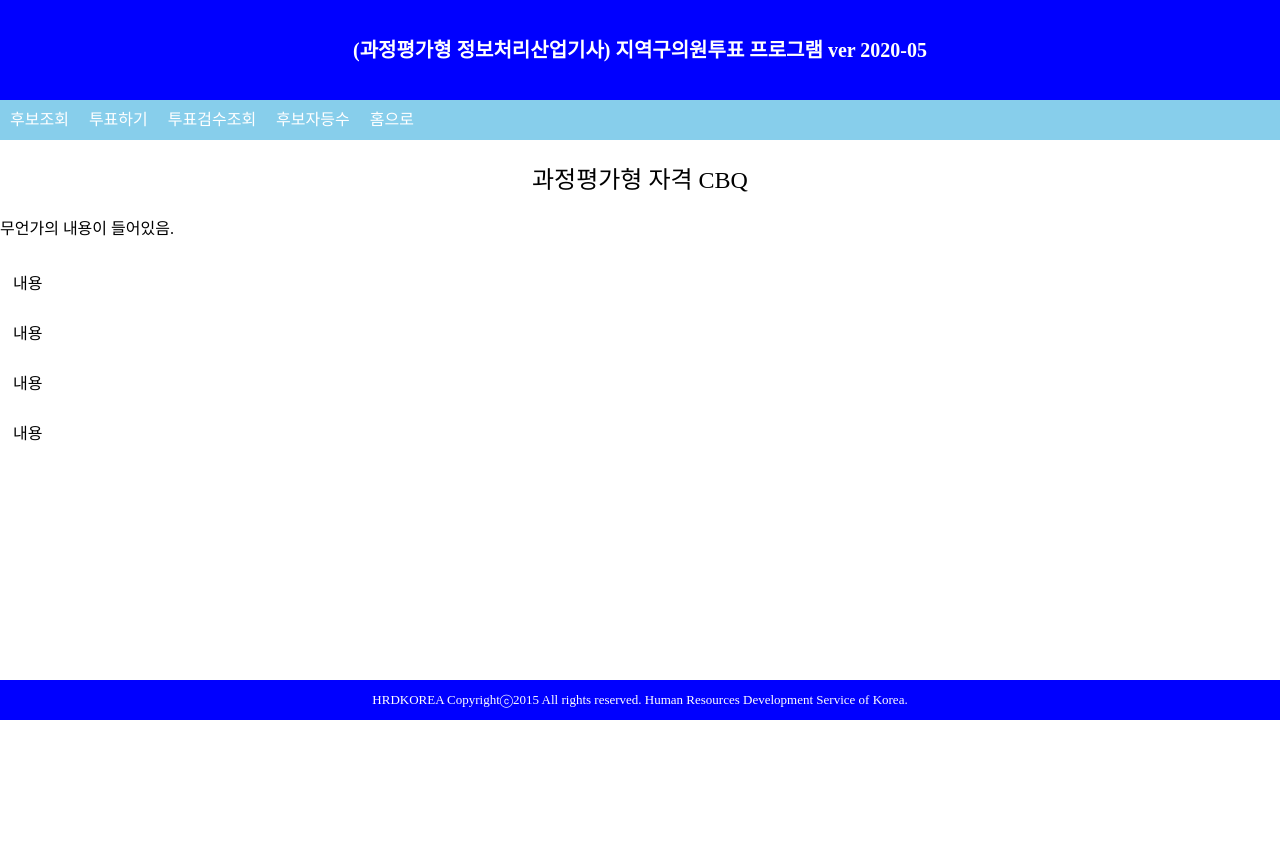
Repository: kayeunae/mvc-pattern
Page: http://localhost/VOTE_1234/
An editor plug-in stored every save of this project. The page is shown before and after the next save, followed by the edit.
The browser window is 1280 px wide. The pictures show the whole page.
The page is served by Tomcat 9.

Above is the page before, as saved 2022-12-21 05:27:56.

After the next save:
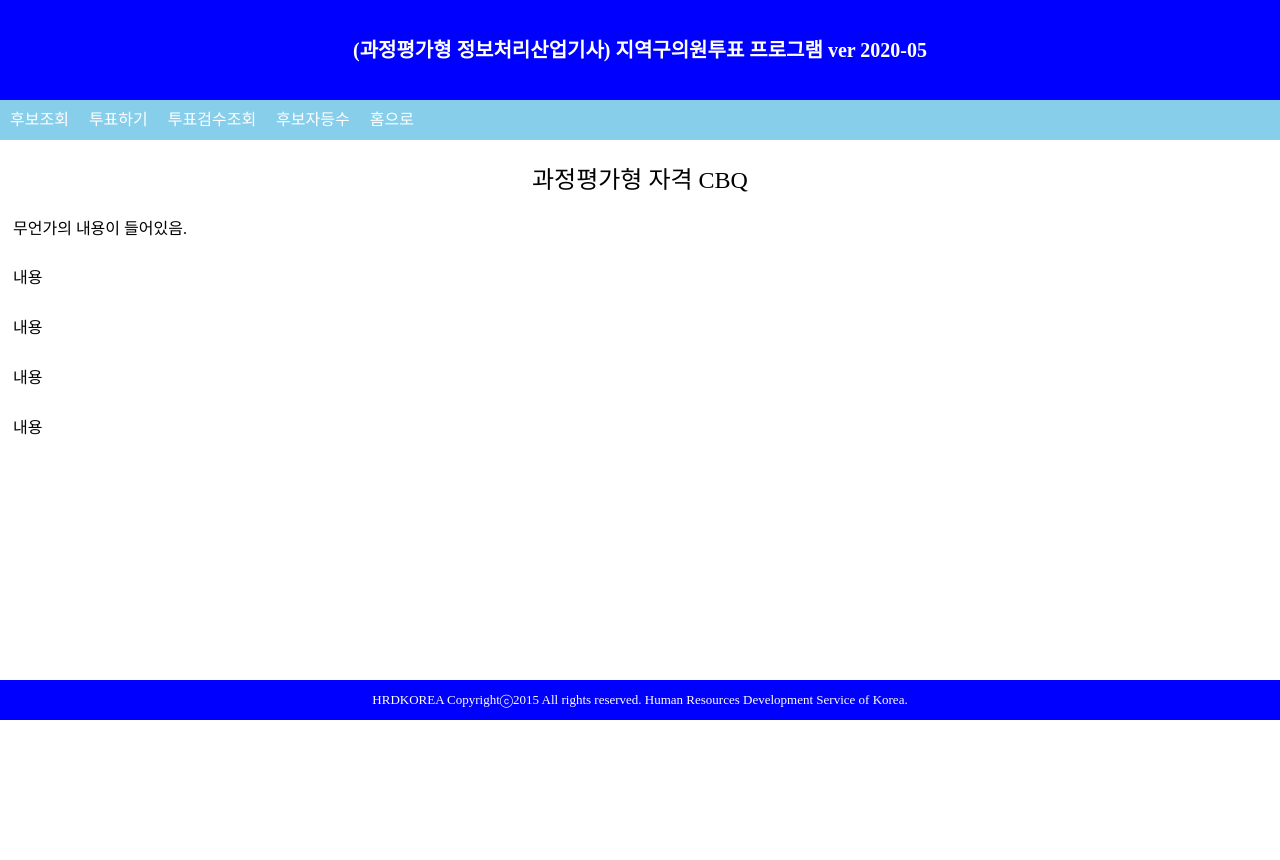
Saved 72 s later.
--- a/VOTE_1234/src/main/webapp/style.css
+++ b/VOTE_1234/src/main/webapp/style.css
@@ -54,7 +54,7 @@
 }
 
 span {
-	position: absoulute;
+	position: absolute;
 	left: 13px;
 }
 

After the save that followed:
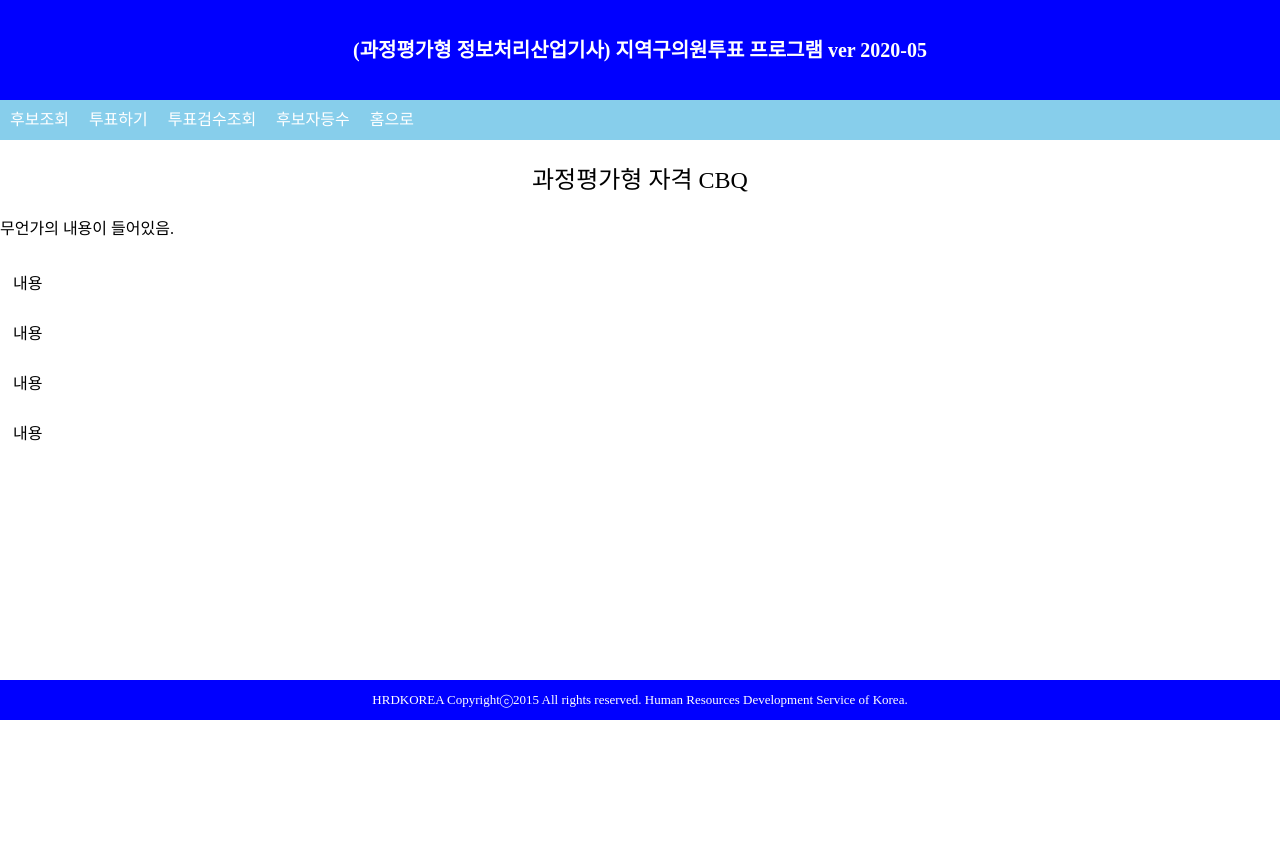
Saved 25 s later.
--- a/VOTE_1234/src/main/webapp/style.css
+++ b/VOTE_1234/src/main/webapp/style.css
@@ -54,7 +54,6 @@
 }
 
 span {
-	position: absolute;
 	left: 13px;
 }
 
